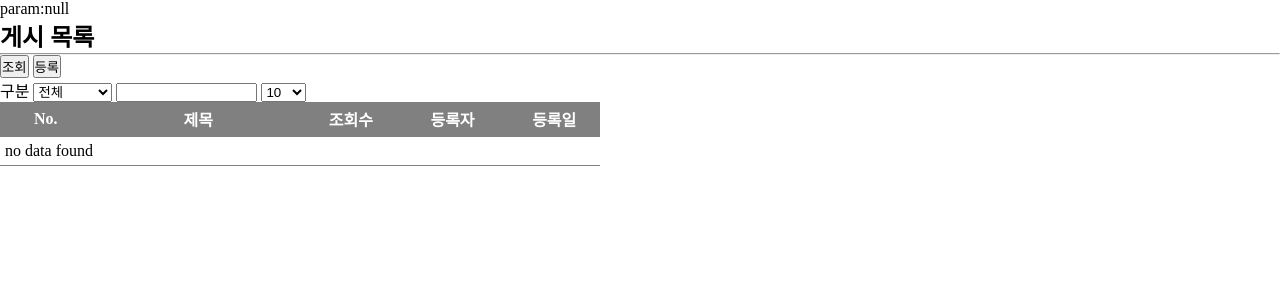
Repository: dongseon-git/WEB_JSP
Page: http://localhost/studyhtml5/board/board_list.jsp
An editor plug-in stored every save of this project. The page is shown before and after the next save, followed by the edit.
The browser window is 1280 px wide. The pictures show the whole page.
The page is served by Tomcat 9. Nobody is signed in. The application's start-up code is not run. The template is opened directly, without the code that normally fills it, so the values that code supplies are empty.

Above is the page before, as saved 2022-05-18 03:42:21.

After the next save:
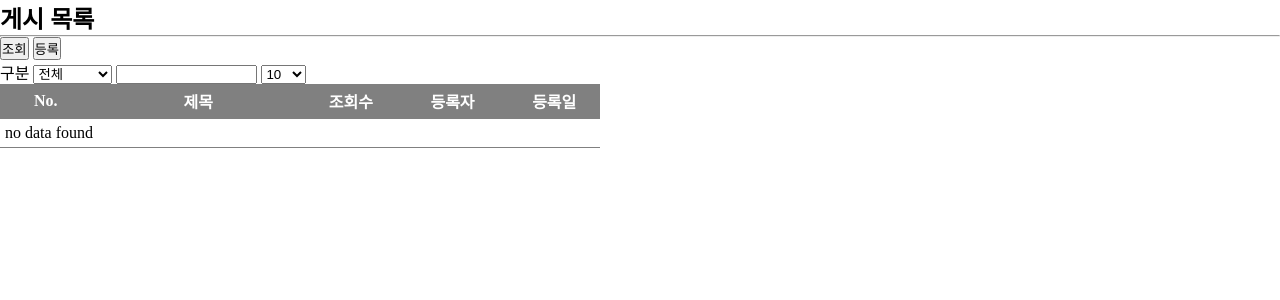
Saved 98 s later.
--- a/workspace/studyhtml5/WebContent/board/board_list.jsp
+++ b/workspace/studyhtml5/WebContent/board/board_list.jsp
@@ -7,7 +7,7 @@
 <%
   //param
   SearchVO param = (SearchVO)request.getAttribute("param");
-  out.println("param:"+param);
+  //out.println("param:"+param);
 
   //list
   List<BoardVO> list = (List<BoardVO>)request.getAttribute("list");
